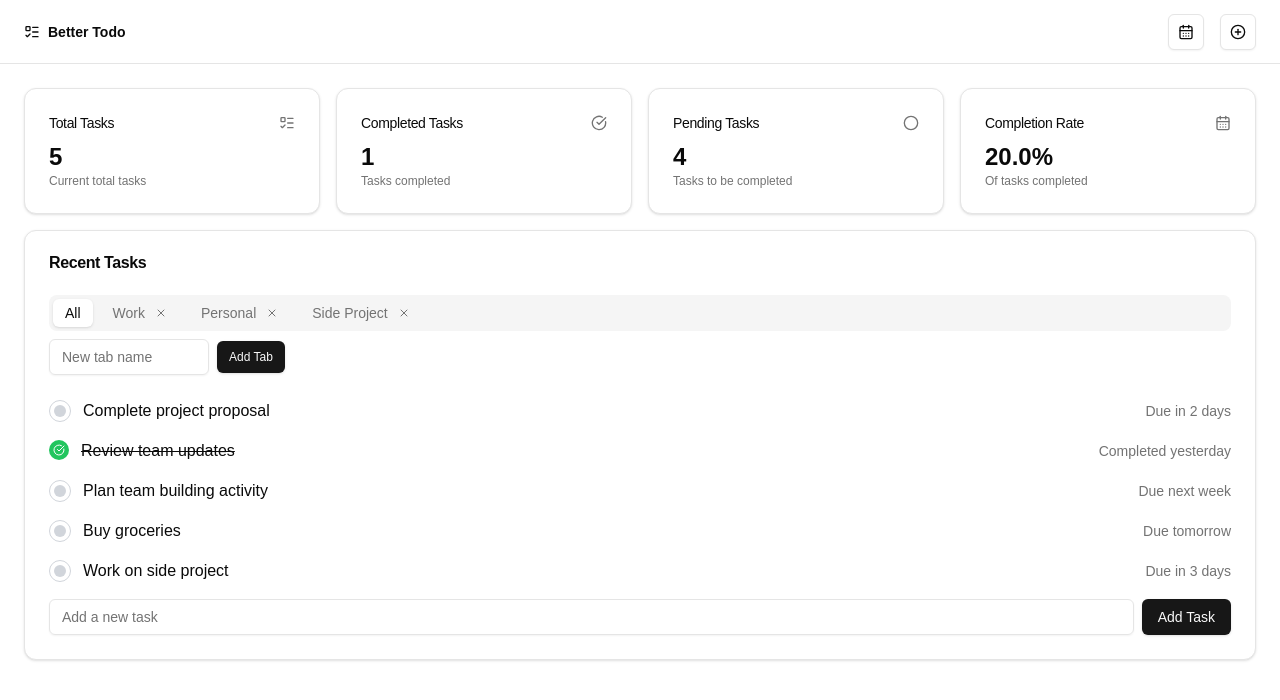
Repository: malikbarbier7/better-todo
Page: /dashboard
These files come from the project's save history. The page is drawn as it stood at one moment and after the next save; the edit follows.
The browser window is 1280 px wide. The pictures show the whole page.
The project was rebuilt for these pictures with package versions that can differ from the ones it lists, and the page was loaded fresh each time. The framework's server and built-in components were replaced by stand-ins that run in the browser. Also part of the build but not shown: next.config.js, next.config.mjs.

Above is the page before, as saved 2024-10-04 10:38:12.

### app/dashboard/page.tsx
import { Dashboard } from '@/components/dashboard'

export default function DashboardPage() {
  return <Dashboard />
}

### components/dashboard.tsx
'use client'

import React from 'react'
import { Button } from "@/components/ui/button"
import { Card, CardContent, CardHeader, CardTitle } from "@/components/ui/card"
import { Input } from "@/components/ui/input"
import { Tabs, TabsContent, TabsList, TabsTrigger } from "@/components/ui/tabs"
import { CalendarDays, CheckCircle, Circle, ListTodo, PlusCircle, X } from "lucide-react"

export function Dashboard() {
  const [tabs, setTabs] = React.useState(['All', 'Work', 'Personal', 'Side Project'])
  const [activeTab, setActiveTab] = React.useState('All')
  const [newTabName, setNewTabName] = React.useState('')
  const [newTaskName, setNewTaskName] = React.useState('')
  const [tasks, setTasks] = React.useState({
    'All': [
      { id: 1, name: 'Complete project proposal', status: 'pending', category: 'Work', dueDate: 'Due in 2 days' },
      { id: 2, name: 'Review team updates', status: 'completed', category: 'Work', dueDate: 'Completed yesterday' },
      { id: 3, name: 'Plan team building activity', status: 'pending', category: 'Work', dueDate: 'Due next week' },
      { id: 4, name: 'Buy groceries', status: 'pending', category: 'Personal', dueDate: 'Due tomorrow' },
      { id: 5, name: 'Work on side project', status: 'pending', category: 'Side Project', dueDate: 'Due in 3 days' },
    ],
    'Work': [
      { id: 1, name: 'Complete project proposal', status: 'pending', category: 'Work', dueDate: 'Due in 2 days' },
      { id: 2, name: 'Review team updates', status: 'completed', category: 'Work', dueDate: 'Completed yesterday' },
      { id: 3, name: 'Plan team building activity', status: 'pending', category: 'Work', dueDate: 'Due next week' },
    ],
    'Personal': [
      { id: 4, name: 'Buy groceries', status: 'pending', category: 'Personal', dueDate: 'Due tomorrow' },
    ],
    'Side Project': [
      { id: 5, name: 'Work on side project', status: 'pending', category: 'Side Project', dueDate: 'Due in 3 days' },
    ],
  })

  const handleAddTab = () => {
    if (newTabName && !tabs.includes(newTabName)) {
      setTabs([...tabs, newTabName])
      setTasks({ ...tasks, [newTabName]: [] })
      setActiveTab(newTabName)
      setNewTabName('')
    }
  }

  const handleRemoveTab = (tab: string) => {
    if (tab !== 'All') {
      const newTabs = tabs.filter(t => t !== tab)
      const { [tab]: removedTasks, ...restTasks } = tasks
      setTabs(newTabs)
      setTasks(restTasks)
      setActiveTab('All')
    }
  }

  const handleAddTask = (e: React.FormEvent) => {
    e.preventDefault()
    if (newTaskName) {
      const newTask = {
        id: Date.now(),
        name: newTaskName,
        status: 'pending',
        category: activeTab === 'All' ? 'Uncategorized' : activeTab,
        dueDate: 'Not set'
      }
      setTasks(prevTasks => ({
        ...prevTasks,
        [activeTab]: [...prevTasks[activeTab], newTask],
        'All': [...prevTasks['All'], newTask]
      }))
      setNewTaskName('')
    }
  }

  const handleTaskStatusChange = (taskId: string, newStatus: 'completed' | 'pending') => {
    setTasks(prevTasks => {
      const updatedTasks = { ...prevTasks };
      for (const category in updatedTasks) {
        updatedTasks[category] = updatedTasks[category].map(task =>
          task.id.toString() === taskId ? { ...task, status: newStatus } : task
        );
      }
      return updatedTasks;
    });
  };

  // Calculer le nombre total de tâches
  const totalTasks = tasks['All'].length;

  // Calculer le nombre de tâches complétées
  const completedTasks = tasks['All'].filter(task => task.status === 'completed').length;

  // Calculer le nombre de tâches en attente
  const pendingTasks = totalTasks - completedTasks;

  // Calculer le taux de complétion
  const completionRate = totalTasks > 0 ? ((completedTasks / totalTasks) * 100).toFixed(1) : '0.0';

  return (
    <div className="flex flex-col min-h-screen">
      <header className="flex items-center h-16 px-4 border-b shrink-0 md:px-6">
        <nav className="flex-1">
          <ul className="flex items-center gap-4 text-sm font-medium">
            <li className="flex items-center gap-2">
              <ListTodo className="w-4 h-4" />
              <span className="font-bold">Better Todo</span>
            </li>
          </ul>
        </nav>
        <div className="flex items-center gap-4 md:gap-2 lg:gap-4">
          <Button variant="outline" size="icon">
            <CalendarDays className="w-4 h-4" />
            <span className="sr-only">View calendar</span>
          </Button>
          <Button variant="outline" size="icon">
            <PlusCircle className="w-4 h-4" />
            <span className="sr-only">Create new task</span>
          </Button>
        </div>
      </header>
      <main className="flex-1 overflow-auto p-4 md:p-6">
        <div className="grid gap-4 md:grid-cols-2 lg:grid-cols-4">
          <Card>
            <CardHeader className="flex flex-row items-center justify-between pb-2 space-y-0">
              <CardTitle className="text-sm font-medium">Total Tasks</CardTitle>
              <ListTodo className="w-4 h-4 text-muted-foreground" />
            </CardHeader>
            <CardContent>
              <div className="text-2xl font-bold">{totalTasks}</div>
              <p className="text-xs text-muted-foreground">Current total tasks</p>
            </CardContent>
          </Card>
          <Card>
            <CardHeader className="flex flex-row items-center justify-between pb-2 space-y-0">
              <CardTitle className="text-sm font-medium">Completed Tasks</CardTitle>
              <CheckCircle className="w-4 h-4 text-muted-foreground" />
            </CardHeader>
            <CardContent>
              <div className="text-2xl font-bold">{completedTasks}</div>
              <p className="text-xs text-muted-foreground">Tasks completed</p>
            </CardContent>
          </Card>
          <Card>
            <CardHeader className="flex flex-row items-center justify-between pb-2 space-y-0">
              <CardTitle className="text-sm font-medium">Pending Tasks</CardTitle>
              <Circle className="w-4 h-4 text-muted-foreground" />
            </CardHeader>
            <CardContent>
              <div className="text-2xl font-bold">{pendingTasks}</div>
              <p className="text-xs text-muted-foreground">Tasks to be completed</p>
            </CardContent>
          </Card>
          <Card>
            <CardHeader className="flex flex-row items-center justify-between pb-2 space-y-0">
              <CardTitle className="text-sm font-medium">Completion Rate</CardTitle>
              <CalendarDays className="w-4 h-4 text-muted-foreground" />
            </CardHeader>
            <CardContent>
              <div className="text-2xl font-bold">{completionRate}%</div>
              <p className="text-xs text-muted-foreground">Of tasks completed</p>
            </CardContent>
          </Card>
        </div>
        <Card className="mt-4">
          <CardHeader>
            <CardTitle>Recent Tasks</CardTitle>
          </CardHeader>
          <CardContent>
            <Tabs value={activeTab} onValueChange={setActiveTab} className="w-full">
              <div className="flex flex-col">
                <div className="mb-4">
                  <TabsList className="flex flex-wrap justify-start">
                    {tabs.map((tab) => (
                      <TabsTrigger key={tab} value={tab} className="mr-2 mb-2">
                        {tab}
                        {tab !== 'All' && (
                          <Button
                            variant="ghost"
                            size="icon"
                            className="ml-2 h-4 w-4"
                            onClick={(e) => {
                              e.stopPropagation()
                              handleRemoveTab(tab)
                            }}
                          >
                            <X className="h-3 w-3" />
                          </Button>
                        )}
                      </TabsTrigger>
                    ))}
                  </TabsList>
                  <div className="flex items-center space-x-2 mt-2">
                    <Input
                      placeholder="New tab name"
                      value={newTabName}
                      onChange={(e) => setNewTabName(e.target.value)}
                      className="w-40"
                    />
                    <Button onClick={handleAddTab} size="sm">
                      Add Tab
                    </Button>
                  </div>
                </div>
                <div>
                  {tabs.map((tab) => (
                    <TabsContent key={tab} value={tab}>
                      <div className="space-y-4">
                        {tasks[tab]?.map((task) => (
                          <div key={task.id} className="flex items-center">
                            <div className="relative">
                              {task.status === 'completed' ? (
                                <button
                                  className="p-1 bg-green-500 text-white rounded-full"
                                  onClick={() => handleTaskStatusChange(task.id.toString(), 'pending')}
                                >
                                  <CheckCircle className="w-3 h-3" />
                                </button>
                              ) : (
                                <button
                                  className="p-1 border border-gray-300 rounded-full flex items-center justify-center"
                                  onClick={() => handleTaskStatusChange(task.id.toString(), 'completed')}
                                >
                                  <div className="w-3 h-3 bg-gray-300 rounded-full"></div>
                                </button>
                              )}
                            </div>
                            <span className={`ml-3 flex-1 ${task.status === 'completed' ? 'line-through' : ''}`}>{task.name}</span>
                            <span className="text-sm text-muted-foreground">{task.dueDate}</span>
                          </div>
                        ))}
                      </div>
                      <form onSubmit={handleAddTask} className="mt-4 flex items-center space-x-2">
                        <Input
                          placeholder="Add a new task"
                          value={newTaskName}
                          onChange={(e) => setNewTaskName(e.target.value)}
                          className="flex-grow"
                        />
                        <Button type="submit">Add Task</Button>
                      </form>
                    </TabsContent>
                  ))}
                </div>
              </div>
            </Tabs>
          </CardContent>
        </Card>
      </main>
    </div>
  )
}

### components/ui/button.tsx
import * as React from "react"
import { Slot } from "@radix-ui/react-slot"
import { cva, type VariantProps } from "class-variance-authority"

import { cn } from "@/lib/utils"

const buttonVariants = cva(
  "inline-flex items-center justify-center whitespace-nowrap rounded-md text-sm font-medium transition-colors focus-visible:outline-none focus-visible:ring-1 focus-visible:ring-ring disabled:pointer-events-none disabled:opacity-50",
  {
    variants: {
      variant: {
        default:
          "bg-primary text-primary-foreground shadow hover:bg-primary/90",
        destructive:
          "bg-destructive text-destructive-foreground shadow-sm hover:bg-destructive/90",
        outline:
          "border border-input bg-background shadow-sm hover:bg-accent hover:text-accent-foreground",
        secondary:
          "bg-secondary text-secondary-foreground shadow-sm hover:bg-secondary/80",
        ghost: "hover:bg-accent hover:text-accent-foreground",
        link: "text-primary underline-offset-4 hover:underline",
      },
      size: {
        default: "h-9 px-4 py-2",
        sm: "h-8 rounded-md px-3 text-xs",
        lg: "h-10 rounded-md px-8",
        icon: "h-9 w-9",
      },
    },
    defaultVariants: {
      variant: "default",
      size: "default",
    },
  }
)

export interface ButtonProps
  extends React.ButtonHTMLAttributes<HTMLButtonElement>,
    VariantProps<typeof buttonVariants> {
  asChild?: boolean
}

const Button = React.forwardRef<HTMLButtonElement, ButtonProps>(
  ({ className, variant, size, asChild = false, ...props }, ref) => {
    const Comp = asChild ? Slot : "button"
    return (
      <Comp
        className={cn(buttonVariants({ variant, size, className }))}
        ref={ref}
        {...props}
      />
    )
  }
)
Button.displayName = "Button"

export { Button, buttonVariants }

### components/ui/card.tsx
import * as React from "react"

import { cn } from "@/lib/utils"

const Card = React.forwardRef<
  HTMLDivElement,
  React.HTMLAttributes<HTMLDivElement>
>(({ className, ...props }, ref) => (
  <div
    ref={ref}
    className={cn(
      "rounded-xl border bg-card text-card-foreground shadow",
      className
    )}
    {...props}
  />
))
Card.displayName = "Card"

const CardHeader = React.forwardRef<
  HTMLDivElement,
  React.HTMLAttributes<HTMLDivElement>
>(({ className, ...props }, ref) => (
  <div
    ref={ref}
    className={cn("flex flex-col space-y-1.5 p-6", className)}
    {...props}
  />
))
CardHeader.displayName = "CardHeader"

const CardTitle = React.forwardRef<
  HTMLParagraphElement,
  React.HTMLAttributes<HTMLHeadingElement>
>(({ className, ...props }, ref) => (
  <h3
    ref={ref}
    className={cn("font-semibold leading-none tracking-tight", className)}
    {...props}
  />
))
CardTitle.displayName = "CardTitle"

const CardDescription = React.forwardRef<
  HTMLParagraphElement,
  React.HTMLAttributes<HTMLParagraphElement>
>(({ className, ...props }, ref) => (
  <p
    ref={ref}
    className={cn("text-sm text-muted-foreground", className)}
    {...props}
  />
))
CardDescription.displayName = "CardDescription"

const CardContent = React.forwardRef<
  HTMLDivElement,
  React.HTMLAttributes<HTMLDivElement>
>(({ className, ...props }, ref) => (
  <div ref={ref} className={cn("p-6 pt-0", className)} {...props} />
))
CardContent.displayName = "CardContent"

const CardFooter = React.forwardRef<
  HTMLDivElement,
  React.HTMLAttributes<HTMLDivElement>
>(({ className, ...props }, ref) => (
  <div
    ref={ref}
    className={cn("flex items-center p-6 pt-0", className)}
    {...props}
  />
))
CardFooter.displayName = "CardFooter"

export { Card, CardHeader, CardFooter, CardTitle, CardDescription, CardContent }

### components/ui/input.tsx
import * as React from "react"

import { cn } from "@/lib/utils"

export interface InputProps
  extends React.InputHTMLAttributes<HTMLInputElement> {}

const Input = React.forwardRef<HTMLInputElement, InputProps>(
  ({ className, type, ...props }, ref) => {
    return (
      <input
        type={type}
        className={cn(
          "flex h-9 w-full rounded-md border border-input bg-transparent px-3 py-1 text-sm shadow-sm transition-colors file:border-0 file:bg-transparent file:text-sm file:font-medium file:text-foreground placeholder:text-muted-foreground focus-visible:outline-none focus-visible:ring-1 focus-visible:ring-ring disabled:cursor-not-allowed disabled:opacity-50",
          className
        )}
        ref={ref}
        {...props}
      />
    )
  }
)
Input.displayName = "Input"

export { Input }

### components/ui/tabs.tsx
"use client"

import * as React from "react"
import * as TabsPrimitive from "@radix-ui/react-tabs"

import { cn } from "@/lib/utils"

const Tabs = TabsPrimitive.Root

const TabsList = React.forwardRef<
  React.ElementRef<typeof TabsPrimitive.List>,
  React.ComponentPropsWithoutRef<typeof TabsPrimitive.List>
>(({ className, ...props }, ref) => (
  <TabsPrimitive.List
    ref={ref}
    className={cn(
      "inline-flex h-9 items-center justify-center rounded-lg bg-muted p-1 text-muted-foreground",
      className
    )}
    {...props}
  />
))
TabsList.displayName = TabsPrimitive.List.displayName

const TabsTrigger = React.forwardRef<
  React.ElementRef<typeof TabsPrimitive.Trigger>,
  React.ComponentPropsWithoutRef<typeof TabsPrimitive.Trigger>
>(({ className, ...props }, ref) => (
  <TabsPrimitive.Trigger
    ref={ref}
    className={cn(
      "inline-flex items-center justify-center whitespace-nowrap rounded-md px-3 py-1 text-sm font-medium ring-offset-background transition-all focus-visible:outline-none focus-visible:ring-2 focus-visible:ring-ring focus-visible:ring-offset-2 disabled:pointer-events-none disabled:opacity-50 data-[state=active]:bg-background data-[state=active]:text-foreground data-[state=active]:shadow",
      className
    )}
    {...props}
  />
))
TabsTrigger.displayName = TabsPrimitive.Trigger.displayName

const TabsContent = React.forwardRef<
  React.ElementRef<typeof TabsPrimitive.Content>,
  React.ComponentPropsWithoutRef<typeof TabsPrimitive.Content>
>(({ className, ...props }, ref) => (
  <TabsPrimitive.Content
    ref={ref}
    className={cn(
      "mt-2 ring-offset-background focus-visible:outline-none focus-visible:ring-2 focus-visible:ring-ring focus-visible:ring-offset-2",
      className
    )}
    {...props}
  />
))
TabsContent.displayName = TabsPrimitive.Content.displayName

export { Tabs, TabsList, TabsTrigger, TabsContent }

Loaded but not shown: app/layout.tsx (common file); app/globals.css (common file); lib/utils.ts (common file); tailwind.config.ts (common file)

After the next save:
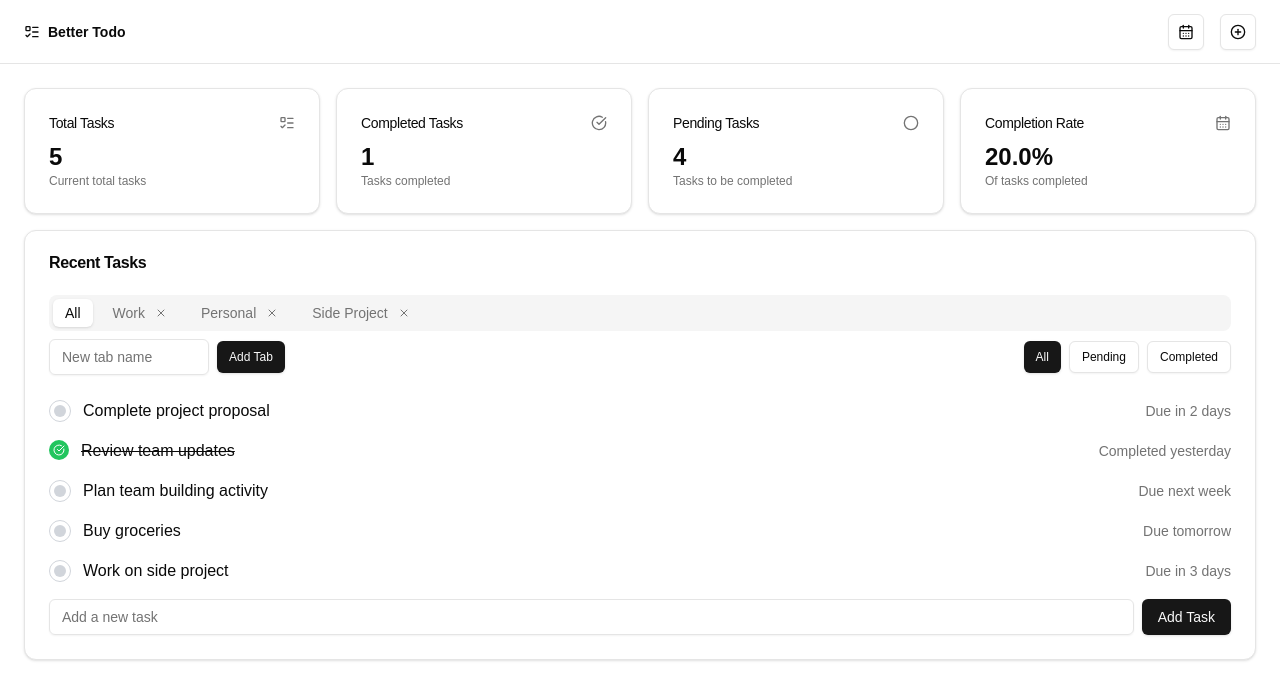
Saved 2 min 17 s later.
--- a/components/dashboard.tsx
+++ b/components/dashboard.tsx
@@ -32,6 +32,7 @@ export function Dashboard() {
       { id: 5, name: 'Work on side project', status: 'pending', category: 'Side Project', dueDate: 'Due in 3 days' },
     ],
   })
+  const [taskFilter, setTaskFilter] = React.useState('all')
 
   const handleAddTab = () => {
     if (newTabName && !tabs.includes(newTabName)) {
@@ -94,6 +95,15 @@ export function Dashboard() {
 
   // Calculer le taux de complétion
   const completionRate = totalTasks > 0 ? ((completedTasks / totalTasks) * 100).toFixed(1) : '0.0';
+
+  const filteredTasks = React.useMemo(() => {
+    return tasks[activeTab]?.filter(task => {
+      if (taskFilter === 'all') return true;
+      if (taskFilter === 'pending') return task.status === 'pending';
+      if (taskFilter === 'completed') return task.status === 'completed';
+      return true;
+    }) || [];
+  }, [tasks, activeTab, taskFilter]);
 
   return (
     <div className="flex flex-col min-h-screen">
@@ -188,23 +198,48 @@ export function Dashboard() {
                       </TabsTrigger>
                     ))}
                   </TabsList>
-                  <div className="flex items-center space-x-2 mt-2">
-                    <Input
-                      placeholder="New tab name"
-                      value={newTabName}
-                      onChange={(e) => setNewTabName(e.target.value)}
-                      className="w-40"
-                    />
-                    <Button onClick={handleAddTab} size="sm">
-                      Add Tab
-                    </Button>
+                  <div className="flex items-center justify-between mt-2">
+                    <div className="flex items-center space-x-2">
+                      <Input
+                        placeholder="New tab name"
+                        value={newTabName}
+                        onChange={(e) => setNewTabName(e.target.value)}
+                        className="w-40"
+                      />
+                      <Button onClick={handleAddTab} size="sm">
+                        Add Tab
+                      </Button>
+                    </div>
+                    <div className="flex items-center space-x-2">
+                      <Button
+                        size="sm"
+                        variant={taskFilter === 'all' ? 'default' : 'outline'}
+                        onClick={() => setTaskFilter('all')}
+                      >
+                        All
+                      </Button>
+                      <Button
+                        size="sm"
+                        variant={taskFilter === 'pending' ? 'default' : 'outline'}
+                        onClick={() => setTaskFilter('pending')}
+                      >
+                        Pending
+                      </Button>
+                      <Button
+                        size="sm"
+                        variant={taskFilter === 'completed' ? 'default' : 'outline'}
+                        onClick={() => setTaskFilter('completed')}
+                      >
+                        Completed
+                      </Button>
+                    </div>
                   </div>
                 </div>
                 <div>
                   {tabs.map((tab) => (
                     <TabsContent key={tab} value={tab}>
                       <div className="space-y-4">
-                        {tasks[tab]?.map((task) => (
+                        {filteredTasks.map((task) => (
                           <div key={task.id} className="flex items-center">
                             <div className="relative">
                               {task.status === 'completed' ? (
